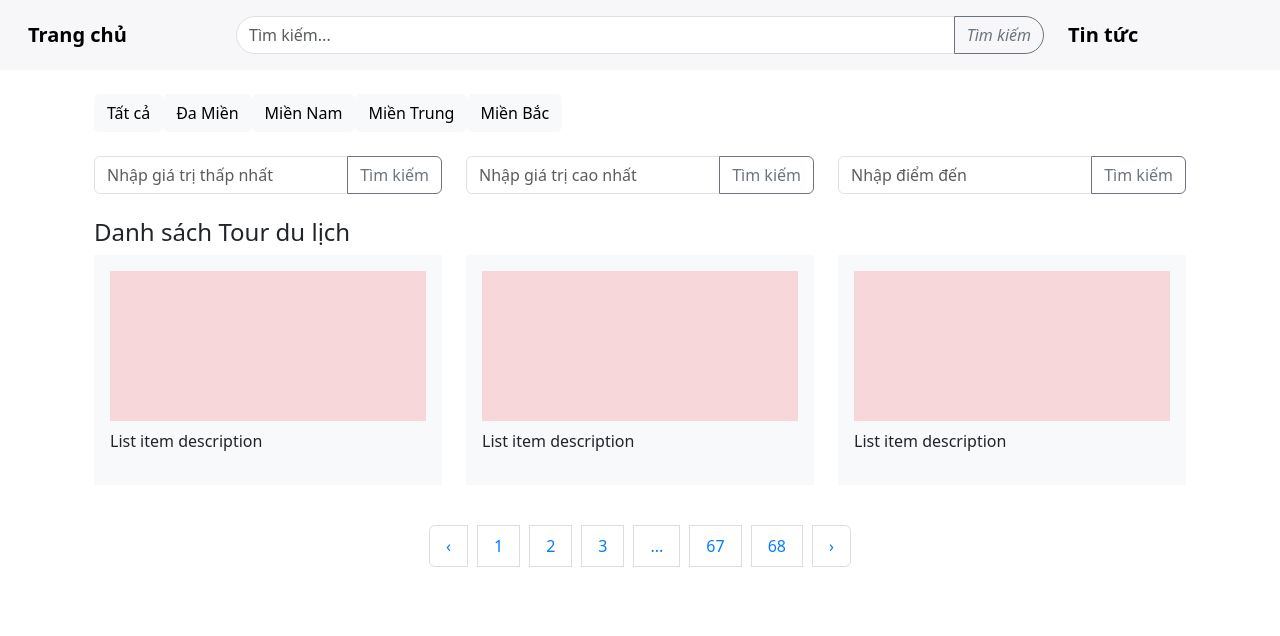
Repository: Minh23122003/qlDuAnPhanMem
Page: / (app in frontend/)
The author's editor kept a copy of each file at every save. The page is drawn from the files as they stood at one save, then again after the next save.
The browser window is 1280 px wide. The pictures show the whole page.
The project was rebuilt for these pictures with package versions that can differ from the ones it lists, and the page was loaded fresh each time. Also part of the build but not shown: frontend/src/service/WebSocketService.js, frontend/src/components/Notifications.js, frontend/src/layout/Footer.js, frontend/src/configs/Apis.js, frontend/src/components/Relativeparkcard.js, frontend/src/components/Receipt/ReceiptList.css, frontend/src/components/merchandisecabinet.js, frontend/src/components/Service.js and 13 more.

Above is the page before, as saved 2024-09-06 17:16:26.

After the next save:
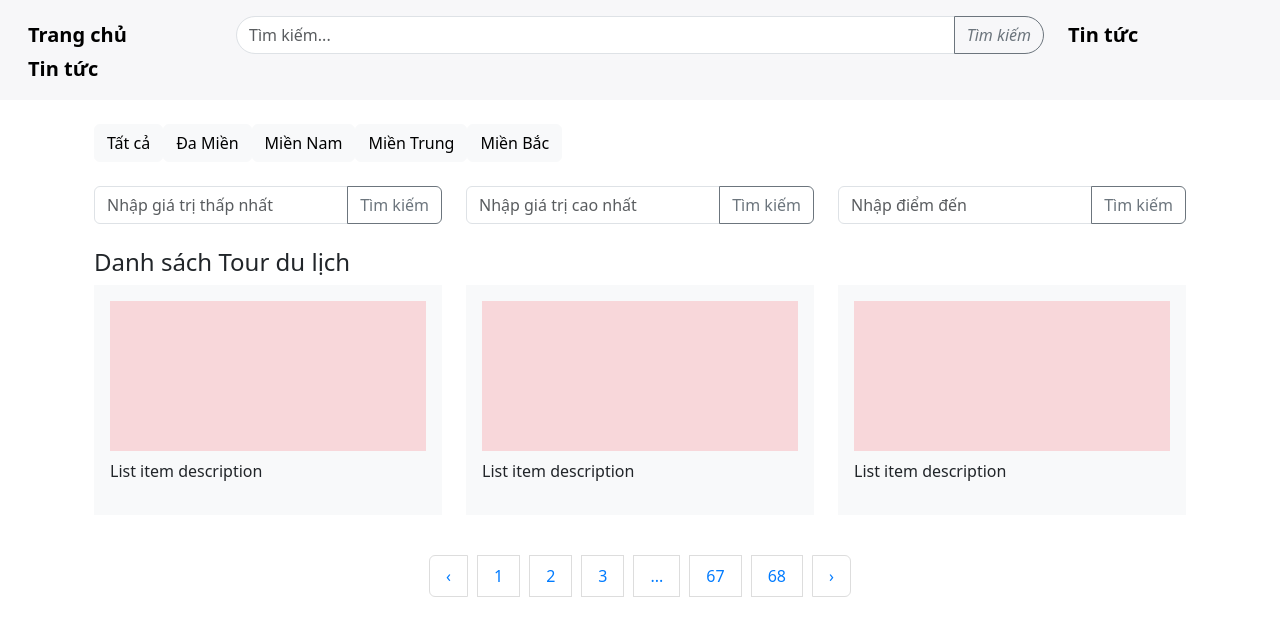
Saved 16 s later.
--- a/frontend/src/layout/Header.js
+++ b/frontend/src/layout/Header.js
@@ -48,6 +48,14 @@ const Header = () => {
                             </StyledNavLink>
                         </Nav>
                     </Col>
+                    <Col xs={2}>
+                        <Nav className="me-auto">
+                            {/* Use Link component for navigation */}
+                            <StyledNavLink to="/news" className="mb-0">
+                                Tin tức
+                            </StyledNavLink>
+                        </Nav>
+                    </Col>
                 </Row>
             </Container>
         </header>
